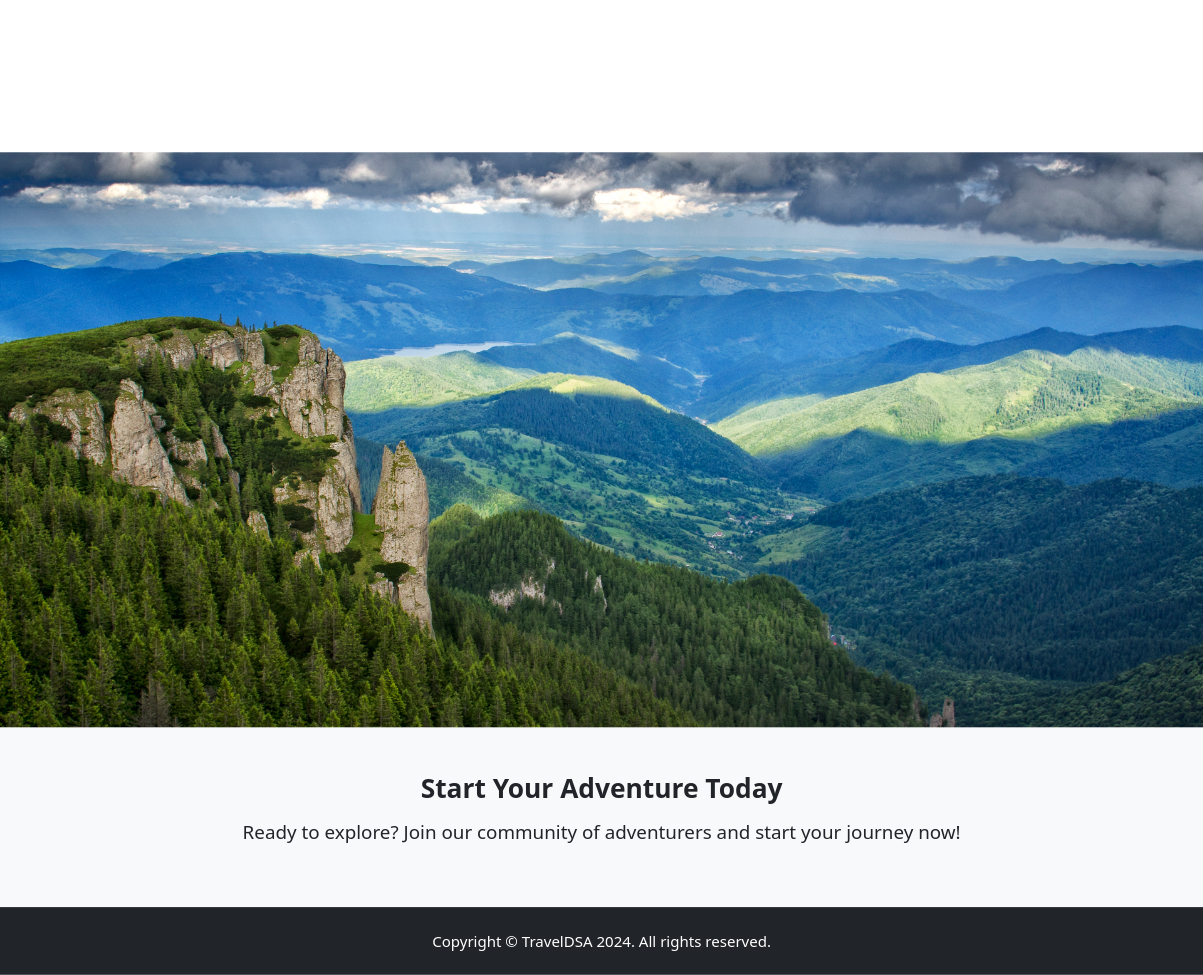
Repository: bettowww/TravelDSA
Page: /home
The author's editor kept a copy of each file at every save. The page is drawn from the files as they stood at one save, then again after the next save.
The browser window is 1280 px wide. The pictures show the whole page, at 94% of full size.
The project was rebuilt for these pictures with package versions that can differ from the ones it lists, and the page was loaded fresh each time. The framework's server and built-in components were replaced by stand-ins that run in the browser. Also part of the build but not shown: next.config.mjs.

Above is the page before, as saved 2024-12-10 14:02:56.

### app/home/page.jsx
"use client";

// import React, { useState } from "react";
// import { useRouter } from "next/navigation";

import "../../styles/home.css"; // Importă stilurile CSS
import "bootstrap/dist/css/bootstrap.min.css"; // Import Bootstrap CSS

const HomePage = () => {
  // const router = useRouter(); // Pentru navigare

  return (
    <div>
      {/* Header Section */}
      <header>
        <div className="text-center my-5">
          <h1 className="text-white fs-3 fw-bolder">
            Welcome to TravelDSA
          </h1>
          <p className="text-white-50 mb-0">
            Your trusted travel companion for exploring the world.
          </p>
        </div>
      </header>

      {/*Picture section */}
      <section
        style={{
          backgroundImage: `url("/pictures/homepage.jpg")`,
          backgroundSize: "cover",
          backgroundPosition: "center",
          backgroundRepeat: "no-repeat",
          minHeight: "85vh", // Ensure the section spans at least the full height of the viewport
        }}
      >
      </section>


      {/* Call to Action Section */}
      <section className="py-5 bg-light">
        <div className="container text-center">
          <h3 className="fw-bold mb-3">Start Your Adventure Today</h3>
          <p className="lead">
            Ready to explore? Join our community of adventurers and start your
            journey now!
          </p>
        </div>
      </section>

      {/* Footer */}
      <footer className="py-4 bg-dark">
        <div className="container">
          <p className="m-0 text-center text-white">
            Copyright &copy; TravelDSA 2024. All rights reserved.
          </p>
        </div>
      </footer>
    </div>
  );
};

export default HomePage;

Loaded but not shown: styles/home.css (library)

After the next save:
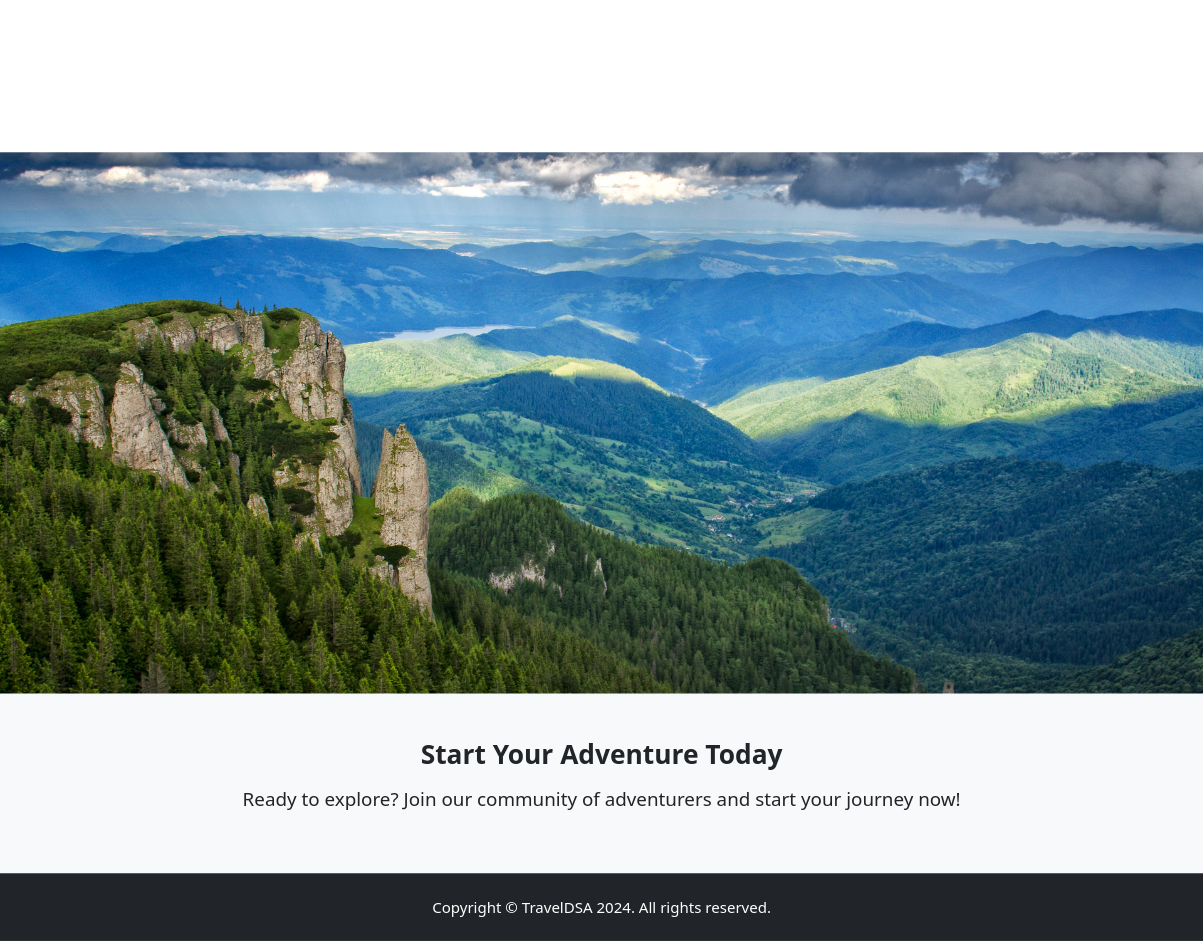
Saved 29 s later.
--- a/app/home/page.jsx
+++ b/app/home/page.jsx
@@ -30,7 +30,7 @@ const HomePage = () => {
           backgroundSize: "cover",
           backgroundPosition: "center",
           backgroundRepeat: "no-repeat",
-          minHeight: "85vh", // Ensure the section spans at least the full height of the viewport
+          minHeight: "80vh", // Ensure the section spans at least the full height of the viewport
         }}
       >
       </section>
